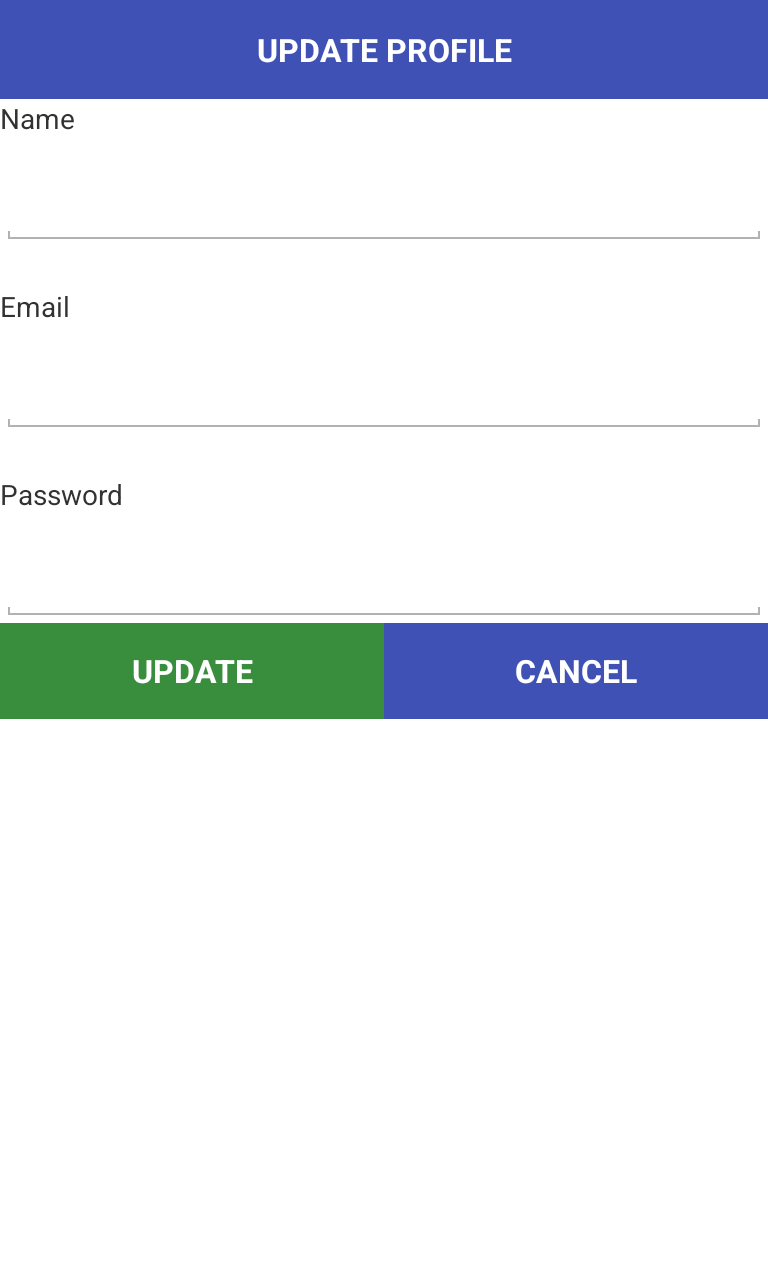
Repository: Harshil737/Career-Launcher
Layout: CareerLauncher/res/layout/item_profile_update.xml
The author's editor kept a copy of each file at every save. The layout is drawn from the files as they stood at one save, then again after the next save.
It is drawn on a 768 x 1280 px phone screen (xhdpi) without system bars, with theme AppTheme; the app's code is not run.

Above is the layout before, as saved 2017-11-05 13:18:59.

### CareerLauncher/res/layout/item_profile_update.xml
<?xml version="1.0" encoding="utf-8"?>
<LinearLayout xmlns:android="http://schemas.android.com/apk/res/android"
    android:layout_width="match_parent"
    android:layout_height="match_parent"
    android:orientation="vertical" >

    <TextView
        android:layout_width="match_parent"
        android:layout_height="wrap_content"
        android:background="@color/colorPrimary"
        android:gravity="center_horizontal"
        android:padding="14dp"
        android:text="UPDATE PROFILE"
        android:textColor="@color/colorWhite"
        android:textSize="16sp"
        android:textStyle="bold" />

    <TextView
        android:id="@+id/item_profile_tv_name"
        android:layout_width="wrap_content"
        android:layout_height="wrap_content"
        android:paddingBottom="5dp"
        android:text="Name" />

    <EditText
        android:id="@+id/item_profile_name"
        android:layout_width="match_parent"
        android:layout_height="50dp"
        android:gravity="bottom" />

    <TextView
        android:id="@+id/item_profile_tv_email"
        android:layout_width="wrap_content"
        android:layout_height="wrap_content"
        android:paddingBottom="5dp"
        android:paddingTop="20dp"
        android:text="Email" />

    <EditText
        android:id="@+id/item_profile_mail"
        android:layout_width="match_parent"
        android:layout_height="50dp"
        android:gravity="bottom" />

    <TextView
        android:id="@+id/item_profile_tv_password"
        android:layout_width="wrap_content"
        android:layout_height="wrap_content"
        android:paddingBottom="5dp"
        android:paddingTop="20dp"
        android:text="Password" />

    <EditText
        android:id="@+id/item_profile_password"
        android:layout_width="match_parent"
        android:layout_height="50dp"
        android:gravity="bottom"
        android:inputType="textPassword" />

    <LinearLayout
        android:layout_width="match_parent"
        android:layout_height="wrap_content"
        android:orientation="horizontal" >

        <Button
            android:id="@+id/item_profile_btn_update"
            android:layout_width="0dp"
            android:layout_height="wrap_content"
            android:layout_weight="1"
            android:background="@color/Green"
            android:text="UPDATE"
            android:textColor="@color/colorWhite"
            android:textSize="16sp"
            android:textStyle="bold" />

        <Button
            android:id="@+id/item_profile_btn_cancel"
            android:layout_width="0dp"
            android:layout_height="wrap_content"
            android:layout_weight="1"
            android:background="@color/colorPrimary"
            android:text="CANCEL"
            android:textColor="@color/colorWhite"
            android:textSize="16sp"
            android:textStyle="bold" />
    </LinearLayout>

</LinearLayout>

### CareerLauncher/res/values/styles.xml
<resources>

    <style name="AppBaseTheme" parent="android:Theme.Light"></style>

    <!-- Application theme. -->
    <style name="AppTheme" parent="AppBaseTheme"></style>

</resources>

### CareerLauncher/res/values/colors.xml
<?xml version="1.0" encoding="utf-8"?>
<resources>

    <color name="colorPrimary">#3F51B5</color>
    <color name="colorPrimaryDark">#303F9F</color>
    <color name="colorAccent">#FF4081</color>
    <color name="colorWhite">#FFFFFF</color>
    <color name="offWhite">#dcdcdc</color>
    <color name="Black">#000000</color>
    <color name="Green">#388e3c</color>
    <color name="lightGreen">#00c853</color>
    <color name="Grey">#9e9e9e</color>
    <color name="yellow">#ffd600</color>

</resources>

Loaded but not shown: CareerLauncher/res/values-v11/styles.xml (common file); CareerLauncher/res/values-v14/styles.xml (common file)

After the next save:
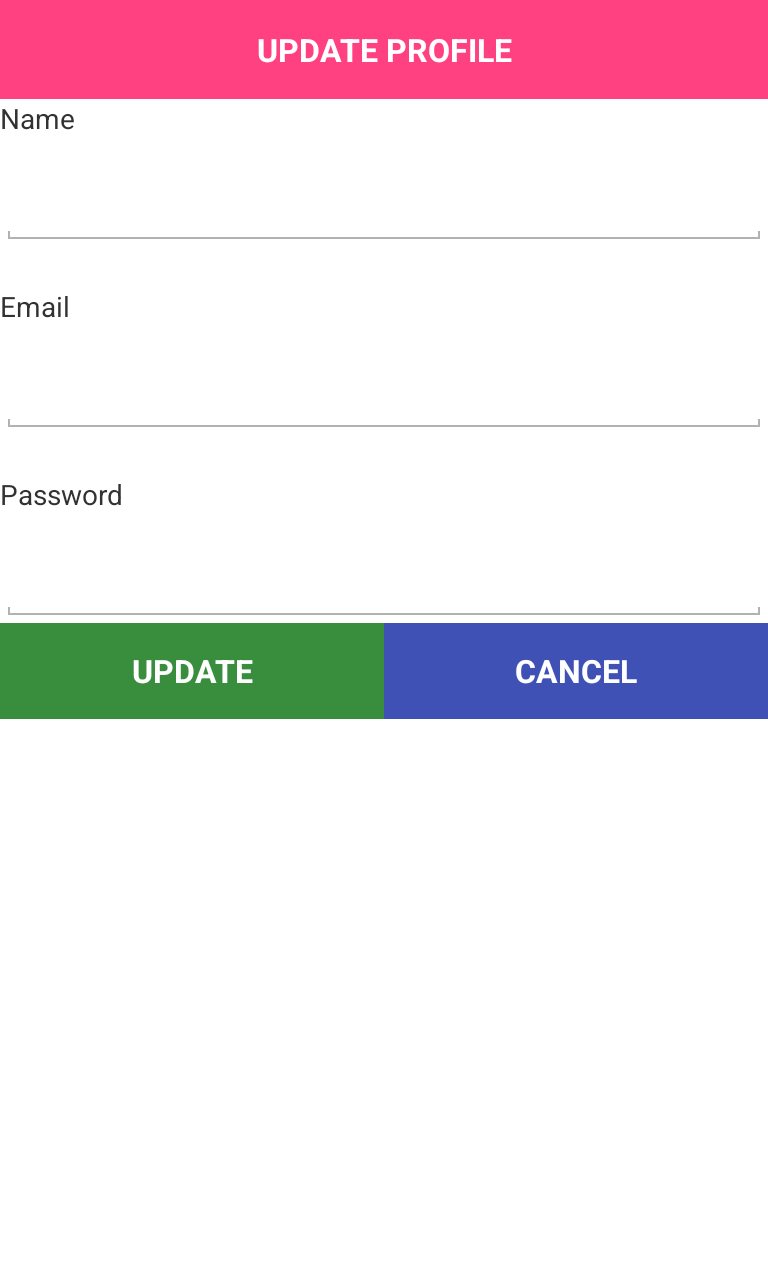
Saved 12 s later.
--- a/CareerLauncher/res/layout/item_profile_update.xml
+++ b/CareerLauncher/res/layout/item_profile_update.xml
@@ -7,7 +7,7 @@
     <TextView
         android:layout_width="match_parent"
         android:layout_height="wrap_content"
-        android:background="@color/colorPrimary"
+        android:background="@color/colorAccent"
         android:gravity="center_horizontal"
         android:padding="14dp"
         android:text="UPDATE PROFILE"
